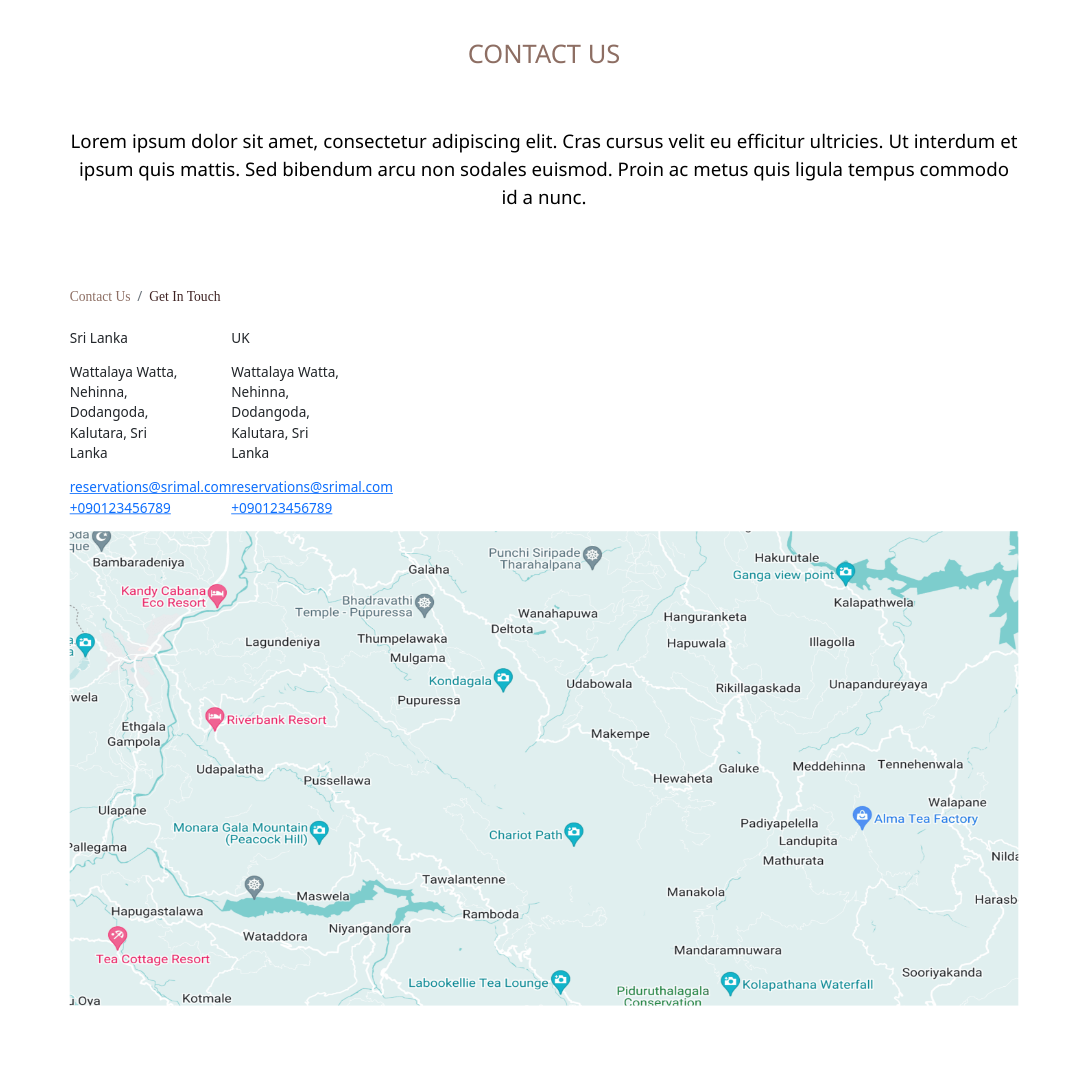
Repository: kaushalyaweerakoon/Plantation-Villa
Page: contact-us.html
An editor plug-in stored every save of this project. The page is shown before and after a run of saves, followed by the edit.
The browser window is 1280 px wide. The pictures show the whole page, at 85% of full size.
Some web fonts or font styles are not loaded; a fallback is used.

Above is the page before, as saved 2022-08-15 11:46:58.
Not found: assets/js/main.js

After the next 3 saves:
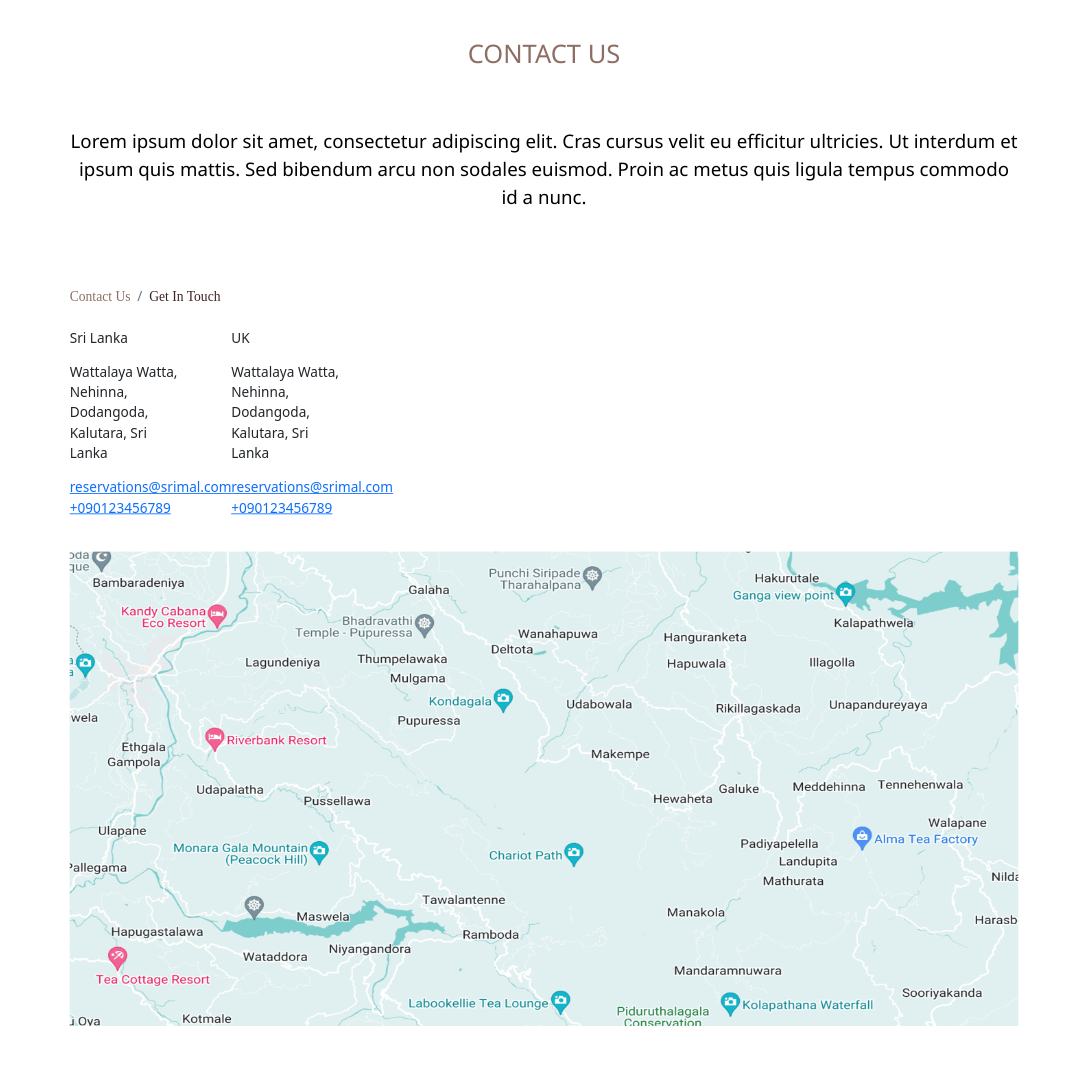
The 3 saves are shown as one change because they came seconds apart.
The last was saved 21 s later.
--- a/contact-us.html
+++ b/contact-us.html
@@ -96,7 +96,7 @@
 
 
 <!-- section-->
-<section class="container mb-5 pb-4">
+<section class="container mt-md-4 mb-5 pb-4">
 
     <div class="ratio" style="--bs-aspect-ratio: 50%;">
         <img class="" src="asserts/images/snazzy-image@2x.png" alt="">
